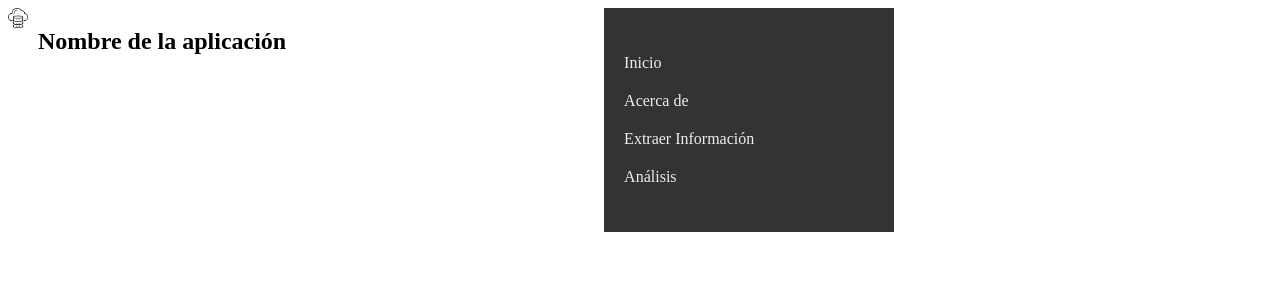
Repository: marcoBartolo55/data_analysis_app_-dev_project
Page: http://localhost/
An editor plug-in stored every save of this project. The page is shown before and after the next save, followed by the edit.
The browser window is 1280 px wide. The pictures show the whole page.
The page is served by the project's application, run on Flask 3 (app/app.py). Other server files are loaded and not shown.

Above is the page before, as saved 2025-10-19 22:41:35.

### templates/index.html
<!DOCTYPE html>
<html lang="en">

<head>
    <meta charset="UTF-8">
    <meta name="viewport" content="width=device-width, initial-scale=1.0">
    <link rel="stylesheet" href="/static/styles/index.css">
    <title>Inicio</title>
</head>

<body>
    <div class="container">
        <div class="logo-div">
            <img class="logo-img" src="../static/images/logo.png" alt="Logo">
        </div>
        <div class="title-div">
            <h2>Nombre de la aplicación</h2>
        </div>

        <div class="side-bar">
            <nav>
                <ul>
                    <li><a href="index.html">Inicio</a></li>
                    <li><a href="about.html">Acerca de</a></li>
                    <li><a href="data.html">Extraer Información</a></li>
                    <li><a href="chart.html">Análisis</a></li>
                </ul>
            </nav>
        </div>
        <div class="content-area">

        </div>
    </div>
</body>
</html>

### app/app.py
from flask.templating import render_template
from flask import Flask
import os

BASE_DIR = os.path.abspath(os.path.dirname(__file__))

app = Flask(__name__,
            template_folder=os.path.join(BASE_DIR, '../templates'),
            static_folder=os.path.join(BASE_DIR, '../static')
           )
@app.route('/')
def index():
    return render_template('index.html')

if __name__ == '__main__':
    app.run(debug=True)

### static/styles/index.css
.container{
    display: flex;
    flex-direction: row;
    flex-wrap: wrap;
    align-items: stretch;
}

.side-bar{
    flex-grow: ;
    width: 250px;

    /* Evita que la barra se encoja si el contenido es muy grande */

    background-color: #333;
    color: white;
    padding: 20px;
}

/* Estilos simples para los enlaces del menú */
.side-bar nav ul {
    list-style: none;
    padding: 0;
}
.side-bar nav a {
    color: #eee;
    text-decoration: none;
    display: block;
    padding: 10px 0;
}
.side-bar nav a:hover {
    background-color: #555;
}

.logo-img{
    flex-grow: 0;
    width: 20px;
    height: auto;
}

.title-div{
    flex-grow: 1;
    margin-left: 10px;
}

.content-area{
    /* ¡Esta es la clave! */
    /* Le dice al contenido que ocupe todo el espacio restante */
    flex-grow: 1;

    padding: 30px;

    /* Añade scroll solo a esta área si el contenido es muy largo */
    overflow-y: auto;
}

After the next save:
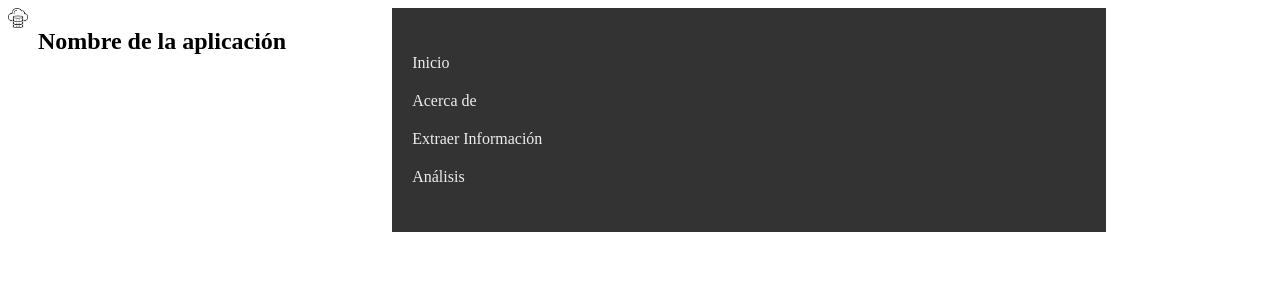
Saved 6 s later.
--- a/static/styles/index.css
+++ b/static/styles/index.css
@@ -6,7 +6,7 @@
 }
 
 .side-bar{
-    flex-grow: ;
+    flex-grow: 4;
     width: 250px;
 
     /* Evita que la barra se encoja si el contenido es muy grande */
